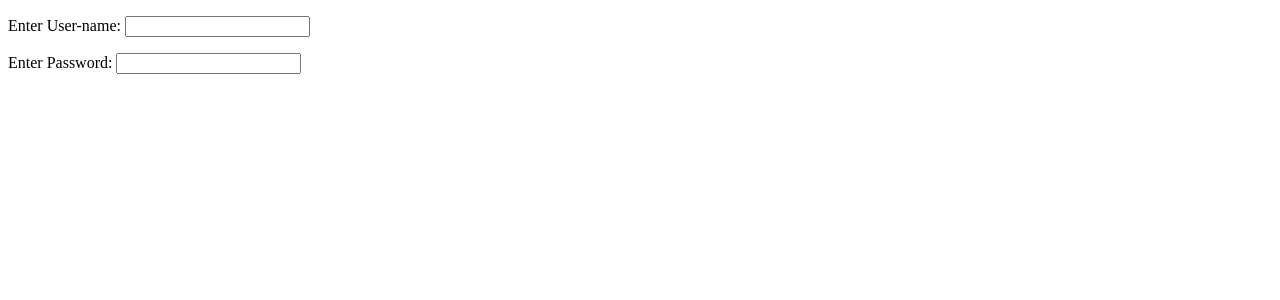
Repository: malhotratanmay98/servlet-jsp-assignments
Page: http://localhost/q1_username_validation/
The author's editor kept a copy of each file at every save. The page is drawn from the files as they stood at one save, then again after the next save.
The browser window is 1280 px wide. The pictures show the whole page.
The page is served by Tomcat 9.

Above is the page before, as saved 2022-02-13 06:56:20.

After the next save:
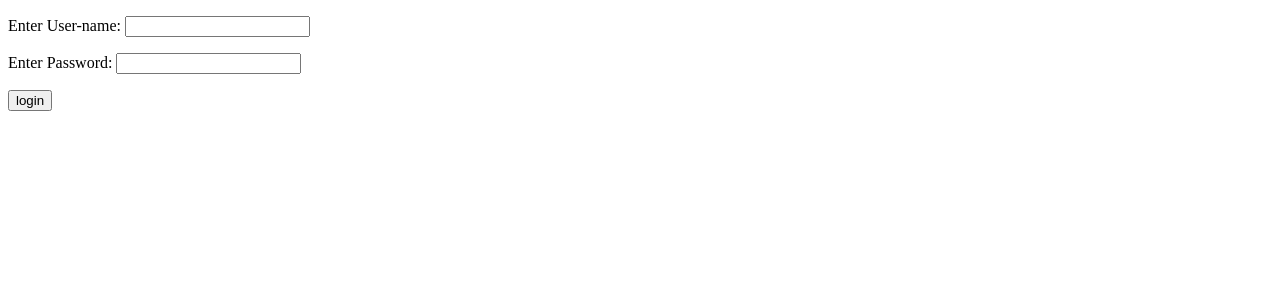
Saved 23 s later.
--- a/q1_username_validation/WebContent/index.jsp
+++ b/q1_username_validation/WebContent/index.jsp
@@ -13,6 +13,8 @@
 <p>Enter User-name: <input type="text" name="username" />  </p>
 <p>Enter Password: <input type="text" name="password" />  </p>
 
+<input type="submit" name="login" value="login"/>
+
 </form>
 
 </body>
